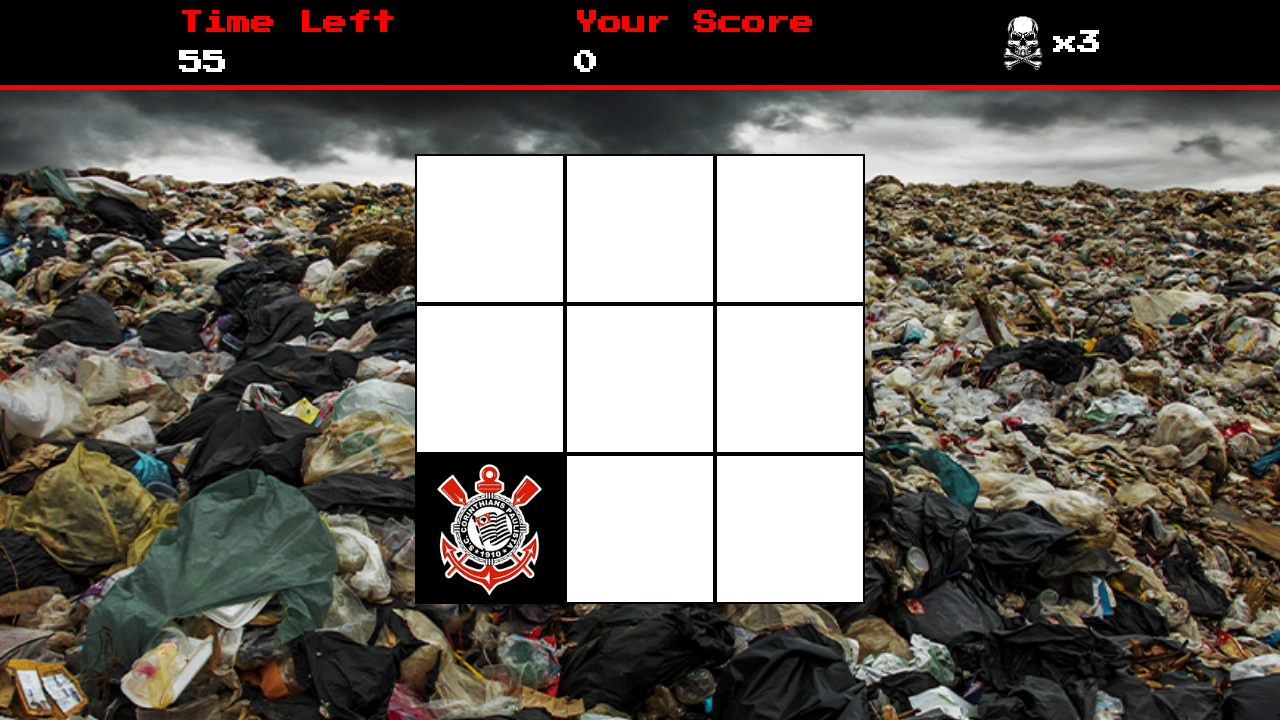
Repository: saulobeltrame/jogo-corinthians
Page: index.html
An editor plug-in stored every save of this project. The page is shown before and after the next save, followed by the edit.
The browser window is 1280 px wide. The pictures show the whole page.
Some web fonts or font styles are not loaded; a fallback is used.

Above is the page before, as saved 2024-11-20 21:39:43.

### index.html
<!-- confg -->
<!DOCTYPE html>
<html lang="pt-br">

<head>
    <meta charset="UTF-8">
    <meta name="viewport" content="width=device-width, initial-scale=1.0">
    <title>Elimine o lixo</title>
    <!-- fonts -->
    <link rel="preconnect" href="https://fonts.googleapis.com">
    <link rel="preconnect" href="https://fonts.gstatic.com" crossorigin>
    <link
        href="https://fonts.googleapis.com/css2?family=Cabin:ital,wght@0,400..700;1,400..700&family=Notable&family=Press+Start+2P&family=Raleway:ital,wght@0,100..900;1,100..900&display=swap"
        rel="stylesheet">
    <!-- styles -->
    <link rel="stylesheet" href="./src/styles/reset.css">
    <link rel="stylesheet" href="./src/styles/main.css">
</head>

<body>

    <div class="container">
        <div class="menu">
            <div class="menu-time">
                <h2 style="color: red;">Time Left</h2>
                <h2 id="time-left">0</h2>
            </div>
            <div class="menu-score">
                <h2 style="color: red;">Your Score</h2>
                <h2 id="score">0</h2>

            </div>
            <div class="menu-lives">
                <img src="./src/images/caveira.jpg" height="60px">
                <h2>x3</h2>
            </div>

        </div>

        <div class="panel">
            <div class="panel-row">
                <div class="square enemy" id="1"></div>
                <div class="square" id="2"></div>
                <div class="square" id="3"></div>
            </div>
            <div class="panel-row">
                <div class="square" id="4"></div>
                <div class="square" id="5"></div>
                <div class="square" id="6"></div>
            </div>
            <div class="panel-row">
                <div class="square" id="7"></div>
                <div class="square" id="8"></div>
                <div class="square" id="9"></div>
            </div>
        </div>

    </div>


    <script defer src="./src/scripts/engine.js"></script>
</body>

</html>

### src/styles/reset.css
*{
    margin:0%;
    padding: 0%;
    box-sizing: border-box;
    /*font-family: "Bebas Neue" , sans-serif;*/
    font-family: "Press Start 2P", cursive;
}

### src/styles/main.css
body{
    background-color: #f0f8ff;
}
.container{
    display:flex;
    flex-direction: column;
    height: 100vh;
    background-image: url(../images/20170116_00_lixoindustrial.jpg);
    background-repeat: no-repeat;
    background-size: cover;
}
.menu{
    display: flex;
    justify-content: space-evenly;
    align-items: center;
    margin-bottom: 5%;
    height: 90px;
    width: 100%;
    background-color: #000000;
    color:rgb(255, 255, 255);
    border-bottom: 5px solid #ff0000;
}
.panel{
    display: flex;
    align-items: center;
    justify-content: center;

}
.square{
    height: 150px;
    width: 150px;
    border: 2px solid rgb(0, 0, 0);
    background-color: #ffffff;
}
.enemy{
    background-image: url(../images/f73aea3ffc64c8fed5872ac0e736c656.png);
    background-size:cover;
    background-position: center;

}
.menu-lives{
    display: flex;
    align-items: center;
    justify-content:center;
}
.menu-time h2:nth-child(2),
.menu-score h2:nth-child(2){
    margin-top: 1rem;
}

### src/scripts/engine.js
const state = {
    view: {
        squares: document.querySelectorAll(".square"),
        enemy: document.querySelector(".enemy"),
        timeleft: document.querySelector("#time-left"),
        score: document.querySelector("#score")
    },
    values: {
        gameVelocity: 550,
        hitPosition: 0,
        result: 0,
        currentTime: 60,
    },
    actions:{
        timerId: setInterval(randomSquare, 550),
        countDownTimerId: setInterval(countDown, 1000),
    }
};

function countDown(){
    state.values.currentTime--;
    state.view.timeleft.textContent = state.values.currentTime;

    if(state.values.currentTime <= 0){
        clearInterval(state.actions.countDownTimerId)
        clearInterval(state.actions.timerId)
        alert("Seu tempo acabou! Você eliminou: " + state.values.result + " lixos");
    }
}

function playSound(){
    let audio = new Audio("./src/audios/Tirosniper1.mp3");
    audio.play();
}

function randomSquare() {
    state.view.squares.forEach((square) => {
        square.classList.remove("enemy");
    });

    let randomNumber = Math.floor(Math.random() * 9)
    let randomSquare = state.view.squares[randomNumber]
    randomSquare.classList.add("enemy")
    state.values.hitPosition = randomSquare.id;
}

function moveEnemy() {
    state.values.timerId = setInterval(randomSquare, state.values.gameVelocity);
}
function addListenerHitBox() {
    state.view.squares.forEach((square) => {
        square.addEventListener("mousedown", () => {
            if (square.id === state.values.hitPosition) {
                state.values.result++;
                state.view.score.textContent = state.values.result;
                state.values.hitPosition = null
                playSound();
            }

        })
    })
}

function init() {
    addListenerHitBox();
}


init();

After the next save:
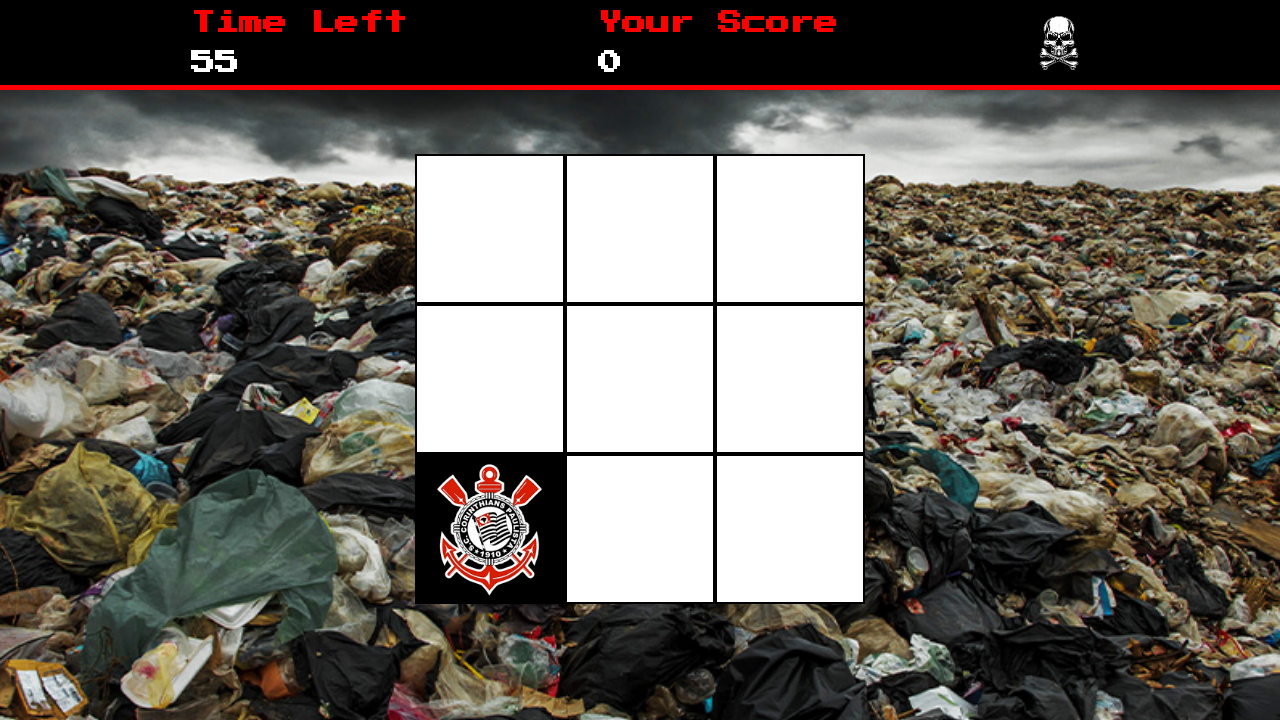
Saved 10 s later.
--- a/index.html
+++ b/index.html
@@ -32,7 +32,7 @@
             </div>
             <div class="menu-lives">
                 <img src="./src/images/caveira.jpg" height="60px">
-                <h2>x3</h2>
+
             </div>
 
         </div>
